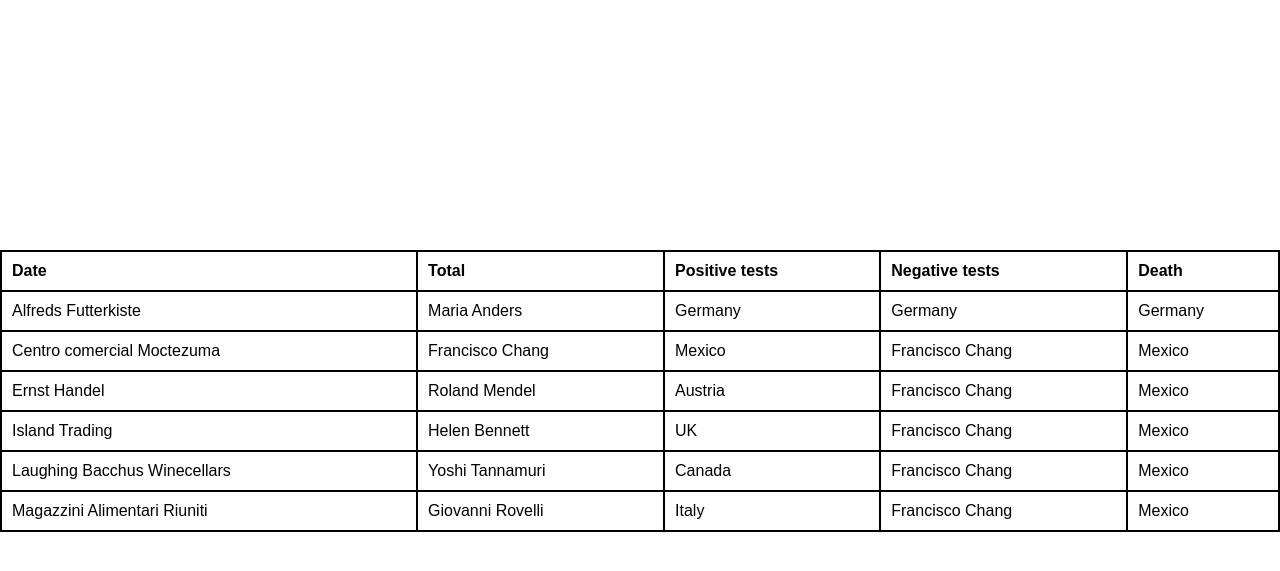
Repository: Seryozha02/ApiRequests
Page: index.html
An editor plug-in stored every save of this project. The page is shown before and after a run of saves, followed by the edit.
The browser window is 1280 px wide. The pictures show the whole page.

Above is the page before, as saved 2022-09-22 21:41:36.

### index.html
<!DOCTYPE html>
<html lang="en">
<head>
    <meta charset="UTF-8">
    <meta http-equiv="X-UA-Compatible" content="IE=edge">
    <meta name="viewport" content="width=device-width, initial-scale=1.0">
    <title>Request's</title>
    <link rel="stylesheet" href="style.css">
</head>
<body>
    <table class="requests">
        <th>Date</th>
        <th>Total</th>
        <th>Positive tests</th>
        <th>Negative tests</th>
        <th>Death</th>
        <tr>
          <td>Alfreds Futterkiste</td>
          <td>Maria Anders</td>
          <td>Germany</td>
          <td>Germany</td>
          <td>Germany</td>
        </tr>
        <tr>
          <td>Centro comercial Moctezuma</td>
          <td>Francisco Chang</td>
          <td>Mexico</td>
          <td>Francisco Chang</td>
          <td>Mexico</td>
        </tr>
        <tr>
          <td>Ernst Handel</td>
          <td>Roland Mendel</td>
          <td>Austria</td>
          <td>Francisco Chang</td>
          <td>Mexico</td>
        </tr>
        <tr>
          <td>Island Trading</td>
          <td>Helen Bennett</td>
          <td>UK</td>
          <td>Francisco Chang</td>
          <td>Mexico</td>
        </tr>
        <tr>
          <td>Laughing Bacchus Winecellars</td>
          <td>Yoshi Tannamuri</td>
          <td>Canada</td>
          <td>Francisco Chang</td>
          <td>Mexico</td>
        </tr>
        <tr>
          <td>Magazzini Alimentari Riuniti</td>
          <td>Giovanni Rovelli</td>
          <td>Italy</td>
          <td>Francisco Chang</td>
          <td>Mexico</td>
        </tr>
      </table>
</body>
<script src="script.js"></script>
</html>

### style.css
* {
        margin: 0;
        padding: 0;
        box-sizing: border-box;
}

.requests {
    font-family: arial, sans-serif;
    border-collapse: collapse;
    width: 100%;
    margin-top: 250px;
  }

  td, th {
    border: 2px solid black;
    text-align: left;
    padding: 10px;
  }

Loaded but not shown: script.js (no copy from this time; the picture is the same without it)

After the next 2 saves:
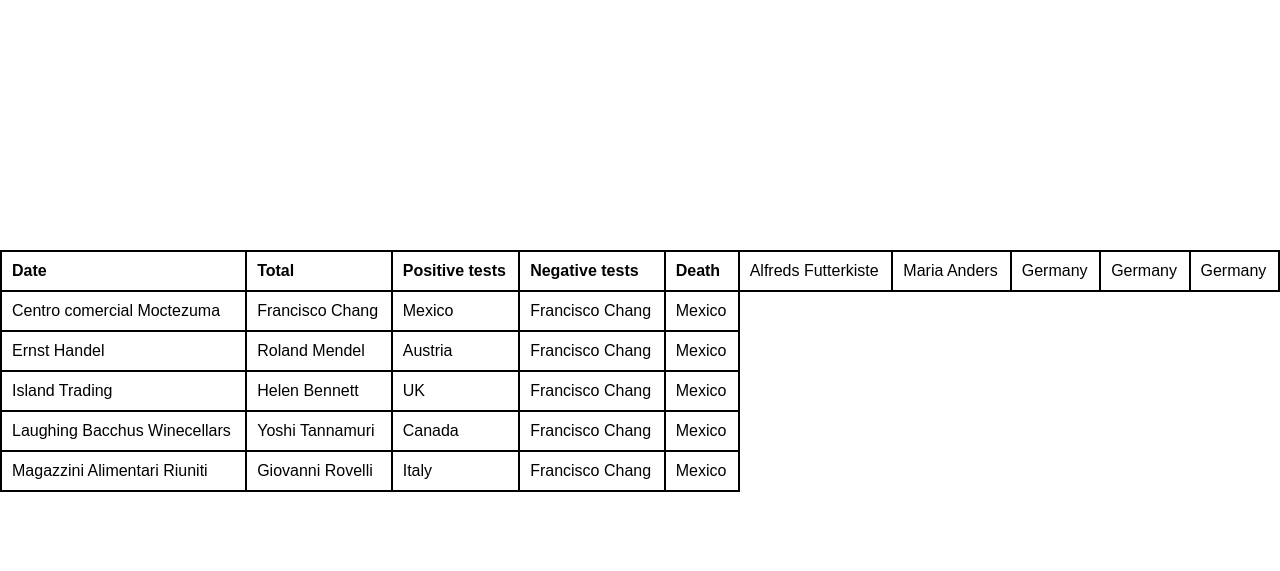
The 2 saves are shown as one change because they came seconds apart.
The last was saved 12 s later.
--- a/index.html
+++ b/index.html
@@ -14,13 +14,13 @@
         <th>Positive tests</th>
         <th>Negative tests</th>
         <th>Death</th>
-        <tr>
+
           <td>Alfreds Futterkiste</td>
           <td>Maria Anders</td>
           <td>Germany</td>
           <td>Germany</td>
           <td>Germany</td>
-        </tr>
+
         <tr>
           <td>Centro comercial Moctezuma</td>
           <td>Francisco Chang</td>

After the 6 saves that followed:
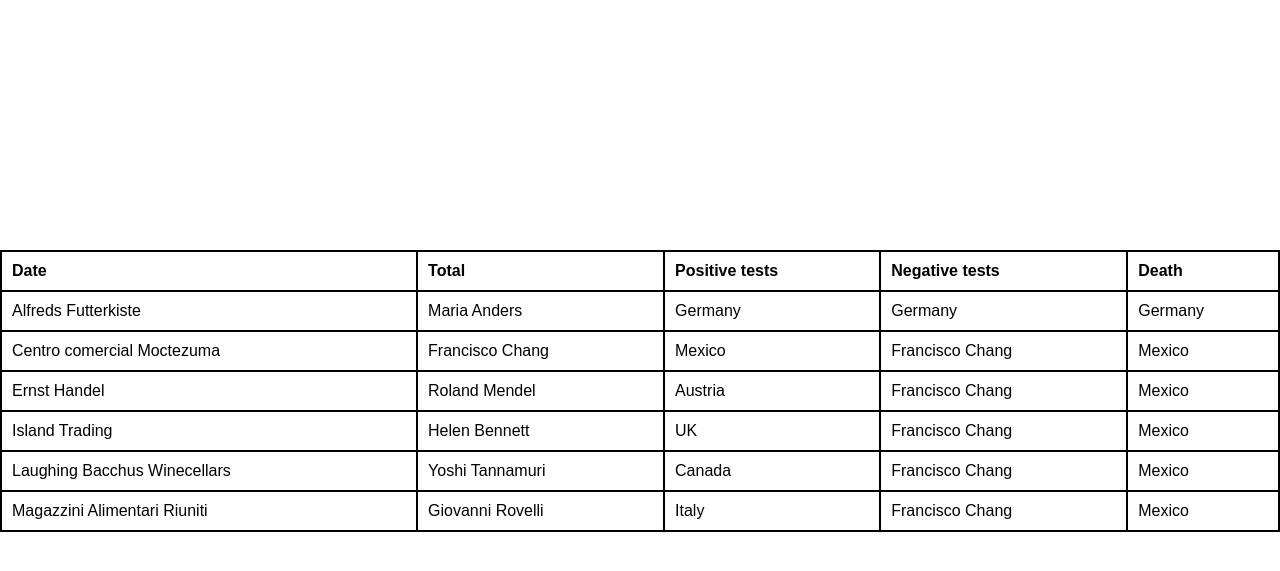
The 6 saves are shown as one change because 2 left the picture as it was and some came seconds apart.
The last was saved 44 s later.
--- a/index.html
+++ b/index.html
@@ -14,13 +14,13 @@
         <th>Positive tests</th>
         <th>Negative tests</th>
         <th>Death</th>
-
+        <tr>
           <td>Alfreds Futterkiste</td>
           <td>Maria Anders</td>
           <td>Germany</td>
           <td>Germany</td>
           <td>Germany</td>
-
+        </tr>
         <tr>
           <td>Centro comercial Moctezuma</td>
           <td>Francisco Chang</td>
